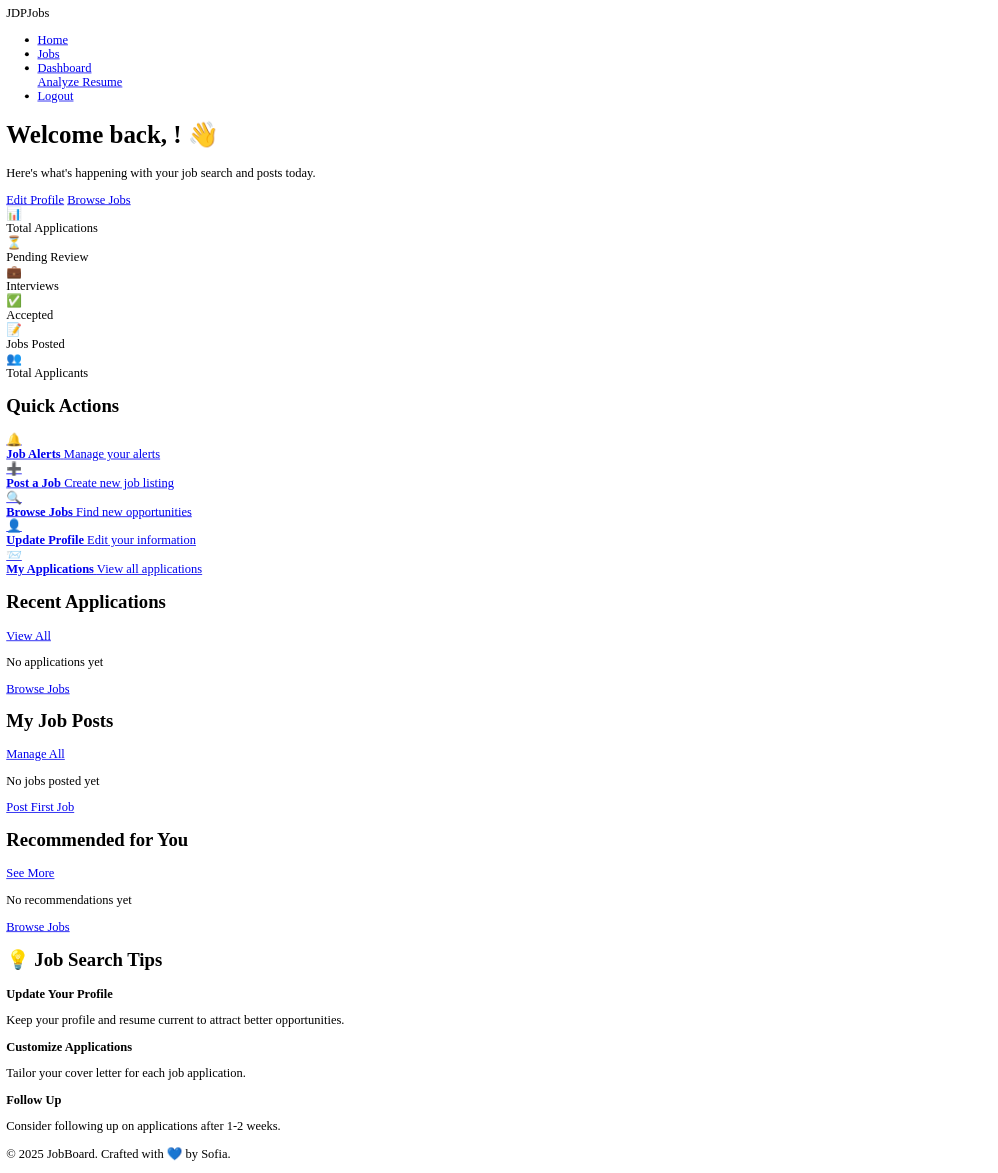
Repository: sofia123776/jobboard
Page: jobs/templates/jobs/dashboard.html
These files come from the project's save history. The page is drawn as it stood at one moment and after the next save; the edit follows.
The browser window is 1280 px wide. The pictures show the whole page, at 78% of full size.
The template is drawn by Django 5.2. The application's start-up code is not run. The template is opened directly, without the code that normally fills it, so the values that code supplies are empty.

Above is the page before, as saved 2025-10-23 16:38:22.

After the next save:
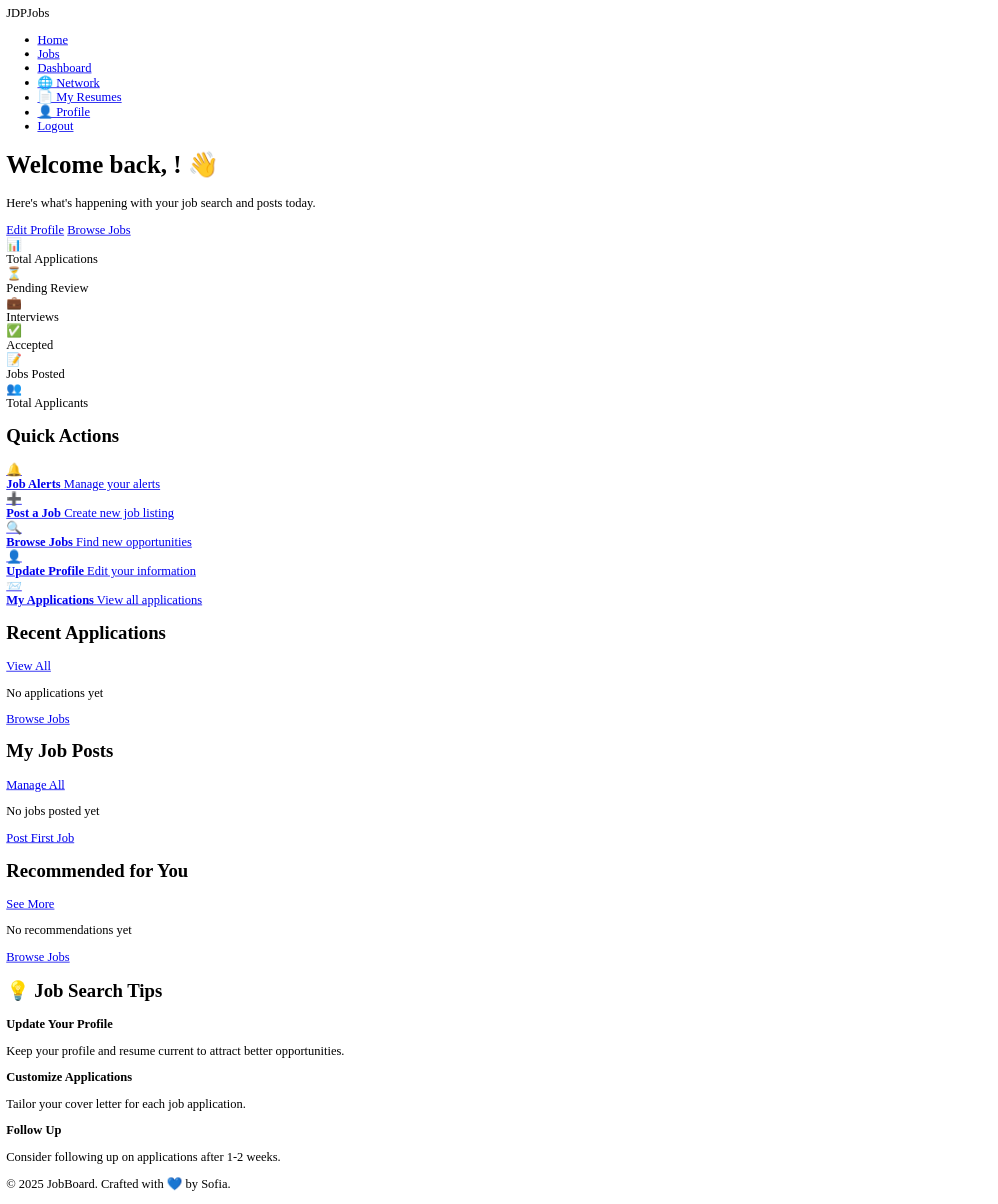
Saved 2 min 1 s later.
--- a/jobs/templates/jobs/dashboard.html
+++ b/jobs/templates/jobs/dashboard.html
@@ -15,7 +15,9 @@
                 <li><a href="{% url 'home' %}">Home</a></li>
                 <li><a href="{% url 'job_list' %}">Jobs</a></li>
                 <li><a href="{% url 'dashboard' %}" class="active">Dashboard</a></li>
-                <a href="{% url 'resume_upload' %}">Analyze Resume</a>
+                <li><a href="{% url 'network_dashboard' %}" class="nav-link">🌐 Network</a></li>
+                <li><a href="{% url 'resume_list' %}" class="nav-link">📄 My Resumes</a></li>
+                 <li><a href="{% url 'profile_view' user.username %}" class="nav-link">👤 Profile</a></li>
 
 
                 <li><a href="{% url 'logout' %}">Logout</a></li>
